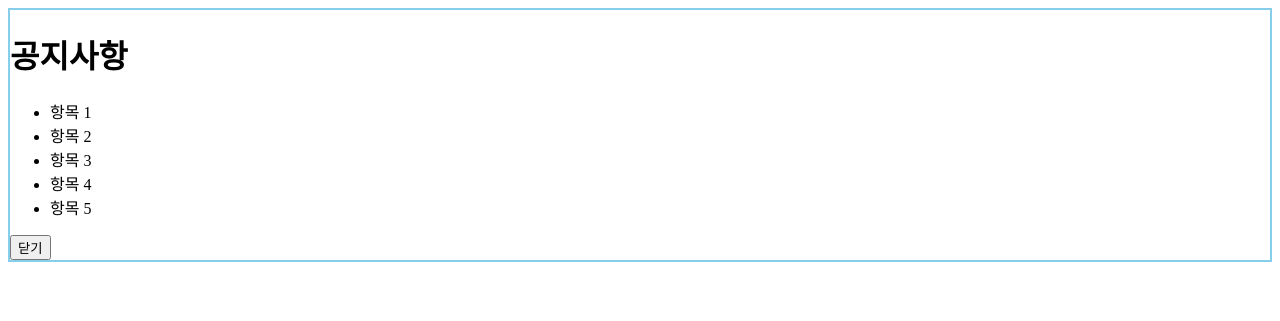
Repository: ady0099/webstudy
Page: 03_javascript/src/main/webapp/day03/notice.html
An editor plug-in stored every save of this project. The page is shown before and after a run of saves, followed by the edit.
The browser window is 1280 px wide. The pictures show the whole page.

Above is the page before, as saved 2023-06-29 03:51:24.

After the next 2 saves:
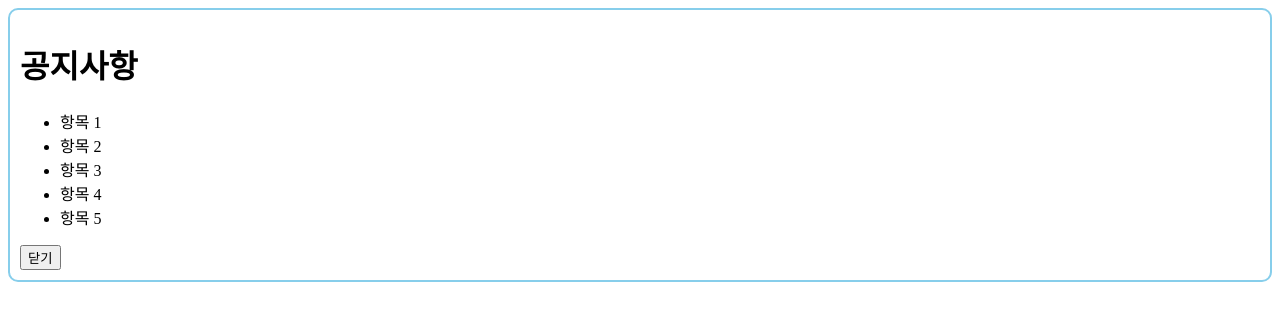
The 2 saves are shown as one change because they came seconds apart.
The last was saved 9 s later.
--- a/03_javascript/src/main/webapp/day03/notice.html
+++ b/03_javascript/src/main/webapp/day03/notice.html
@@ -6,6 +6,8 @@
 		<style>
 			#content{
 				border: 2px double skyblue;
+				border-radius: 10px;
+				padding: 10px;
 			}
 		</style>
 	</head>
